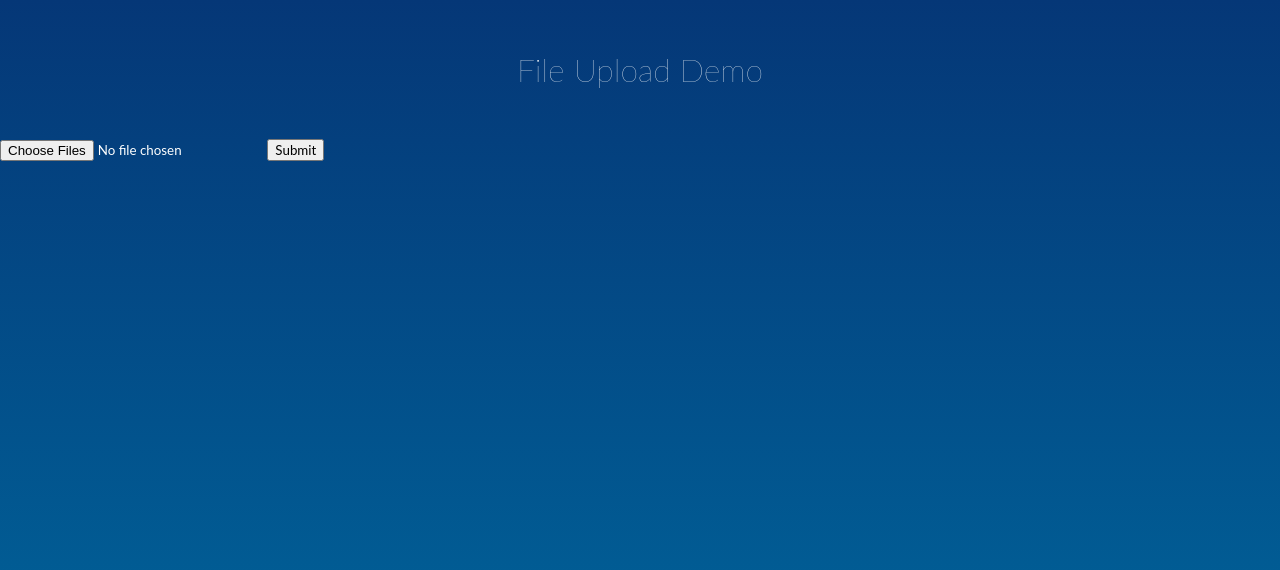
Repository: rakeshgowdan/Servlets-Jsp
Page: http://localhost/FileUploadDemo/
An editor plug-in stored every save of this project. The page is shown before and after the next save, followed by the edit.
The browser window is 1280 px wide. The pictures show the whole page.
The page is served by Tomcat 9. Other server files are loaded and not shown.

Above is the page before, as saved 2019-02-04 15:47:09.

### FileUploadDemo/src/main/webapp/index.jsp
<html>
<body>
<head>
<h1>File Upload Demo</h1>
<style>
/* ===================== BASIC STYLING ===================== */
* {
	box-sizing: border-box;
	font-family: 'Lato', sans-serif;
}

html, body {
	margin: 0;
	padding: 0;
	font-weight: 300;
	height: 100%;
	background: #053777;
	color: #fff;
	font-size: 16px;
	overflow: hidden;
	background: -moz-linear-gradient(top, #053777 0%, #00659b 100%);
	/* FF3.6+ */
	background: -webkit-gradient(linear, left top, left bottom, color-stop(0%, #053777),
		color-stop(100%, #00659b));
	/* Chrome,Safari4+ */
	background: -webkit-linear-gradient(top, #053777 0%, #00659b 100%);
	/* Chrome10+,Safari5.1+ */
	background: -o-linear-gradient(top, #053777 0%, #00659b 100%);
	/* Opera 11.10+ */
	background: -ms-linear-gradient(top, #053777 0%, #00659b 100%);
	/* IE10+ */
	background: linear-gradient(to bottom, #053777 0%, #00659b 100%);
	/* W3C */
}

h1 {
	text-align: center;
	margin: 50px auto;
	font-weight: 100;
}
}
}
</style>
</head>
<form action="Upload" method="post" enctype="multipart/form-data">

	<input type="file" name="file" multiple /> <input type="submit">


</form>
</body>
</html>

After the next save:
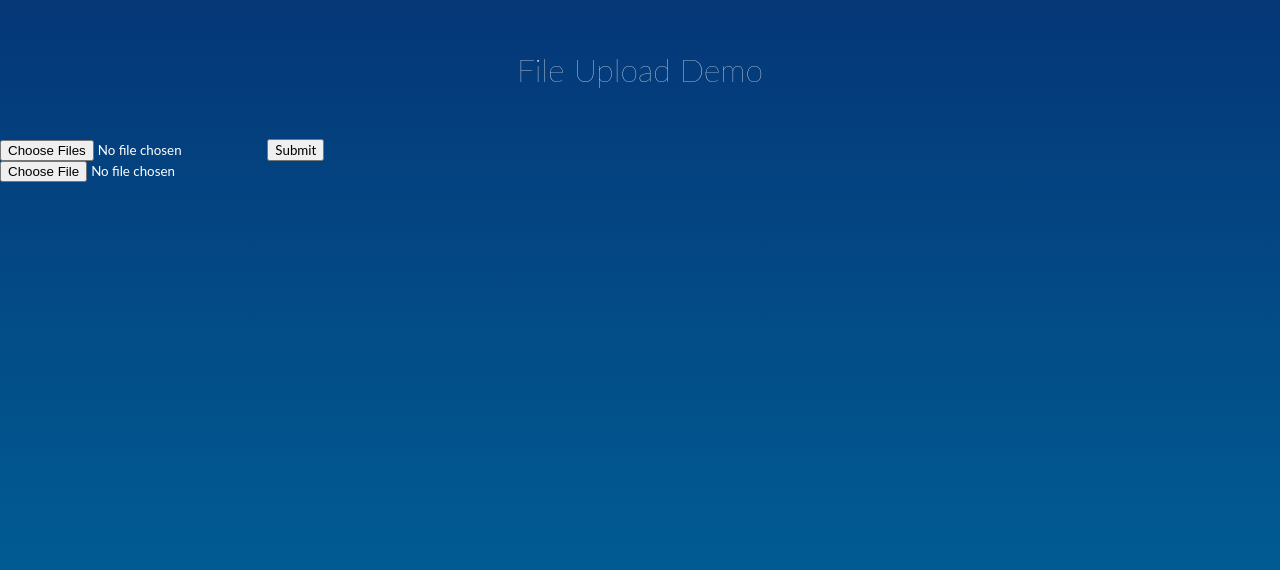
Saved 4 min 40 s later.
--- a/FileUploadDemo/src/main/webapp/index.jsp
+++ b/FileUploadDemo/src/main/webapp/index.jsp
@@ -47,6 +47,14 @@ h1 {
 	<input type="file" name="file" multiple /> <input type="submit">
 
 
+<div class="container">
+  <form action="Upload" method="post" enctype="multipart/form-data" class="form">
+    <div class="file-upload-wrapper" data-text="Select your file!">
+      <input name="file-upload-field" type="file" class="file-upload-field" value="">
+    </div>
+  </form>
+</div>
+
 </form>
 </body>
 </html>
